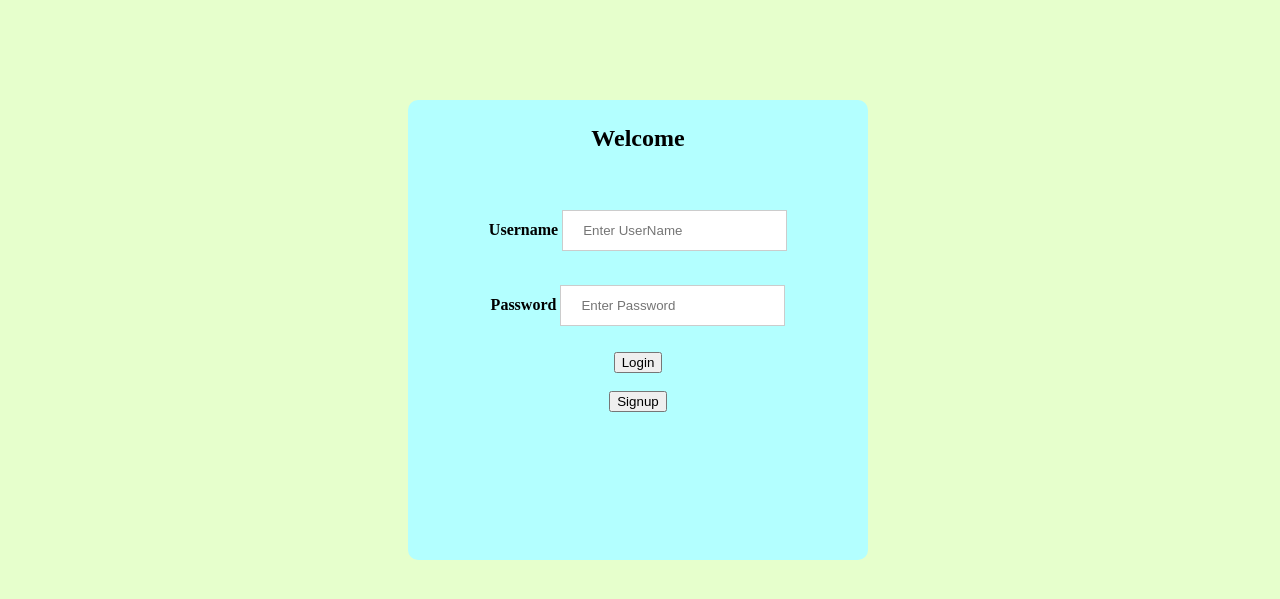
Repository: jagdishpatil18/JavaAdv
Page: Login_App/WebContent/index.html
The author's editor kept a copy of each file at every save. The page is drawn from the files as they stood at one save, then again after the next save.
The browser window is 1280 px wide. The pictures show the whole page.

Above is the page before, as saved 2017-04-28 05:59:16.

After the next save:
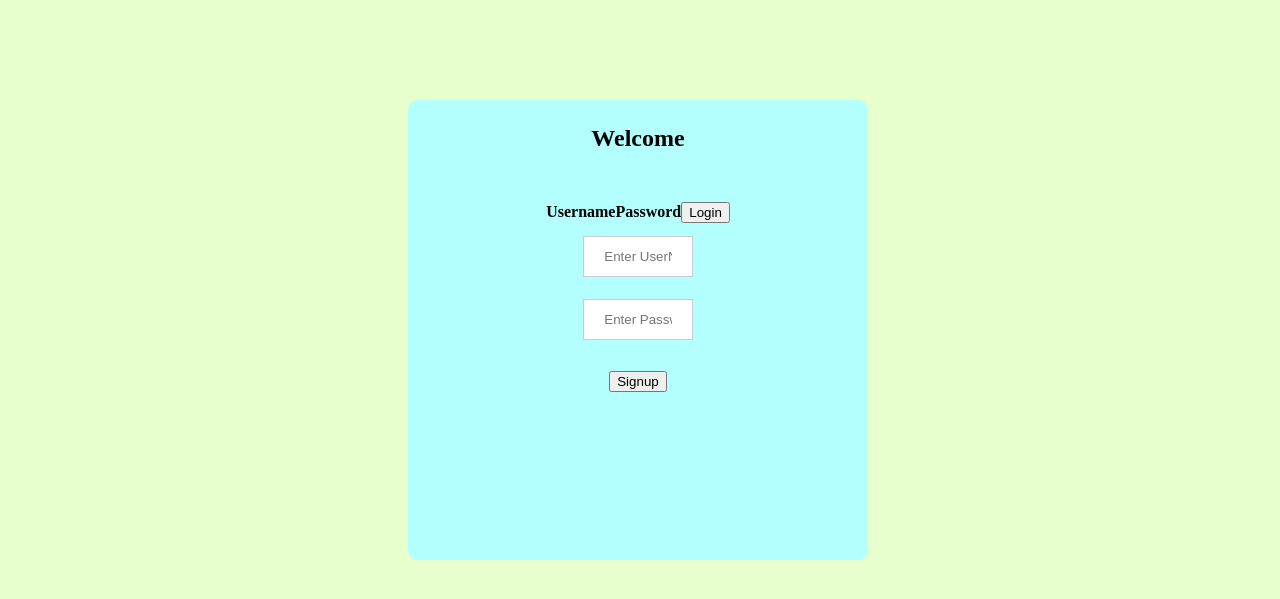
Saved 3 min 23 s later.
--- a/Login_App/WebContent/index.html
+++ b/Login_App/WebContent/index.html
@@ -37,10 +37,13 @@
 				<bold> Welcome</bold>
 			</h2>
 			<form action="ServletLogin" method="post">
-				<label><b>Username</b></label> <input type="text"
-					placeholder="Enter UserName" name="username"><br></br> <label><b>Password
-				</b></label><input type="password" placeholder="Enter Password" name="password">
-				<br> <br> <input type="submit" value="Login">
+			<table>
+			<tr><label><b>Username</b></tr></label><th> <input type="text"
+					placeholder="Enter UserName" name="username"></th>
+					<tr> <label><b>Password</b></tr>
+				<th></label><input type="password" placeholder="Enter Password" name="password"></th>
+				<tr> <input type="submit" value="Login"></tr>
+			</table>
 			</form>
 
 			<br> <label> <a href="signup.html"><button>Signup</button></a></label>

After the save that followed:
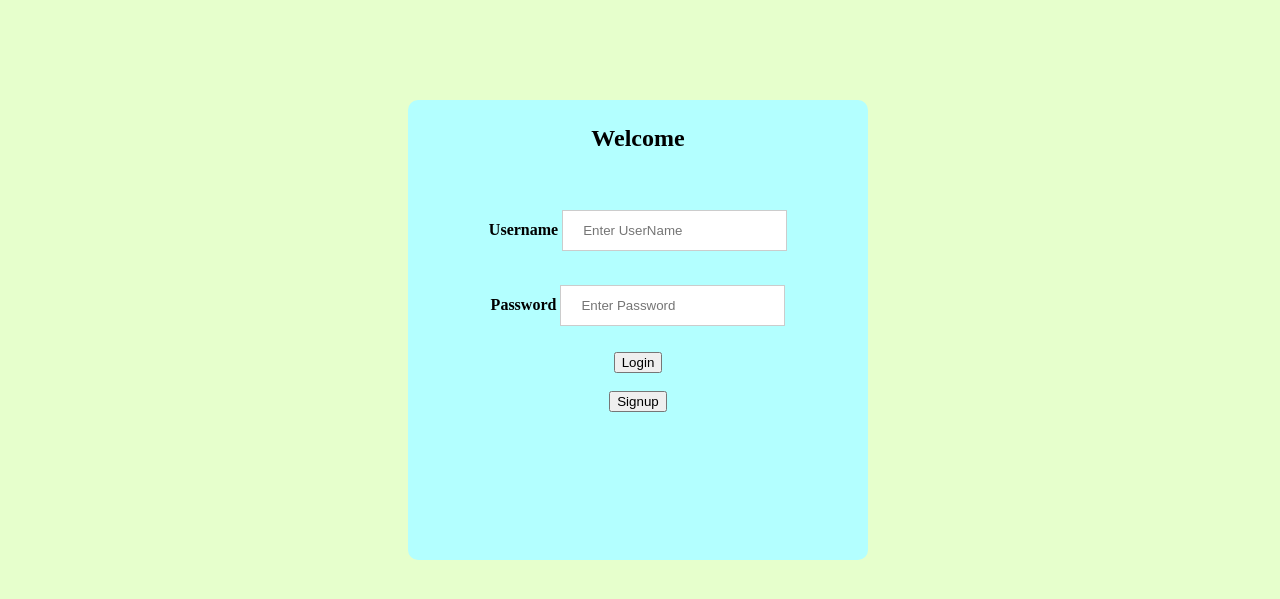
Saved 38 s later.
--- a/Login_App/WebContent/index.html
+++ b/Login_App/WebContent/index.html
@@ -37,13 +37,10 @@
 				<bold> Welcome</bold>
 			</h2>
 			<form action="ServletLogin" method="post">
-			<table>
-			<tr><label><b>Username</b></tr></label><th> <input type="text"
-					placeholder="Enter UserName" name="username"></th>
-					<tr> <label><b>Password</b></tr>
-				<th></label><input type="password" placeholder="Enter Password" name="password"></th>
-				<tr> <input type="submit" value="Login"></tr>
-			</table>
+				<label><b>Username</b></label> <input type="text"
+					placeholder="Enter UserName" name="username"><br></br> <label><b>Password
+				</b></label><input type="password" placeholder="Enter Password" name="password">
+				<br> <br> <input type="submit" value="Login">
 			</form>
 
 			<br> <label> <a href="signup.html"><button>Signup</button></a></label>
